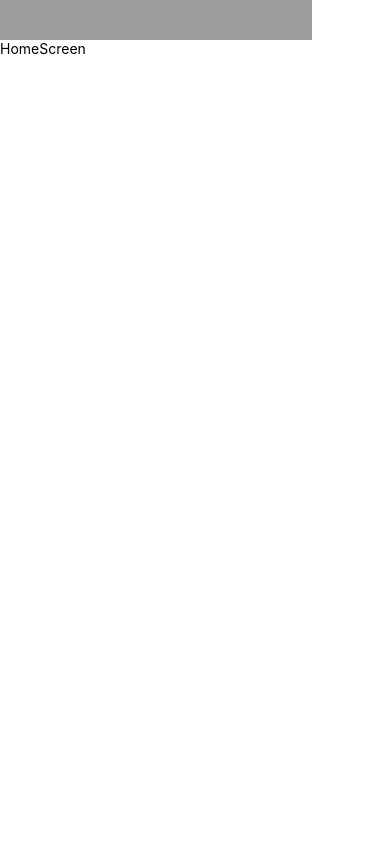
Repository: kenyi-mic/ugv
Screen: /
These files come from the project's save history. The screen is drawn as it stood at one moment and after the next save; the edit follows.
Pictures or frames that could not be fetched are drawn as grey boxes. The app was drawn by React Native's web renderer in a window 390 px wide. The project was rebuilt for these pictures with package versions that can differ from the ones it lists, and the page was loaded fresh each time.

Above is the screen before, as saved 2022-07-06 08:23:07.

After the next save:
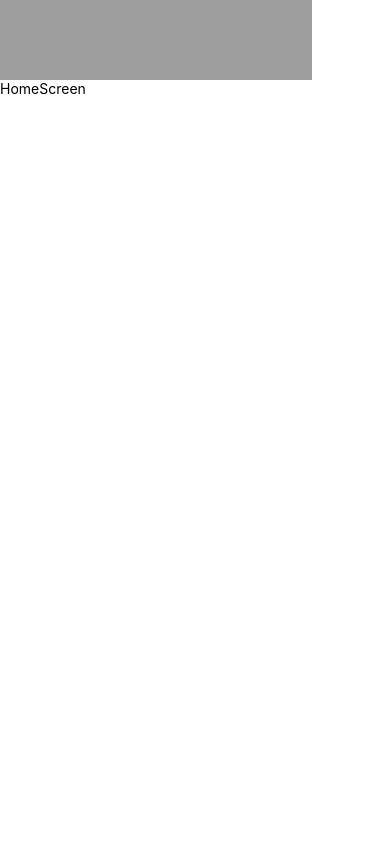
Saved 15 s later.
--- a/screen/HomeScreen.js
+++ b/screen/HomeScreen.js
@@ -18,7 +18,7 @@ const HomeScreen = () => {
         <Image
           source={{
             width: "80%",
-            height: 40,
+            height: 80,
             uri: logo,
           }}
         />
